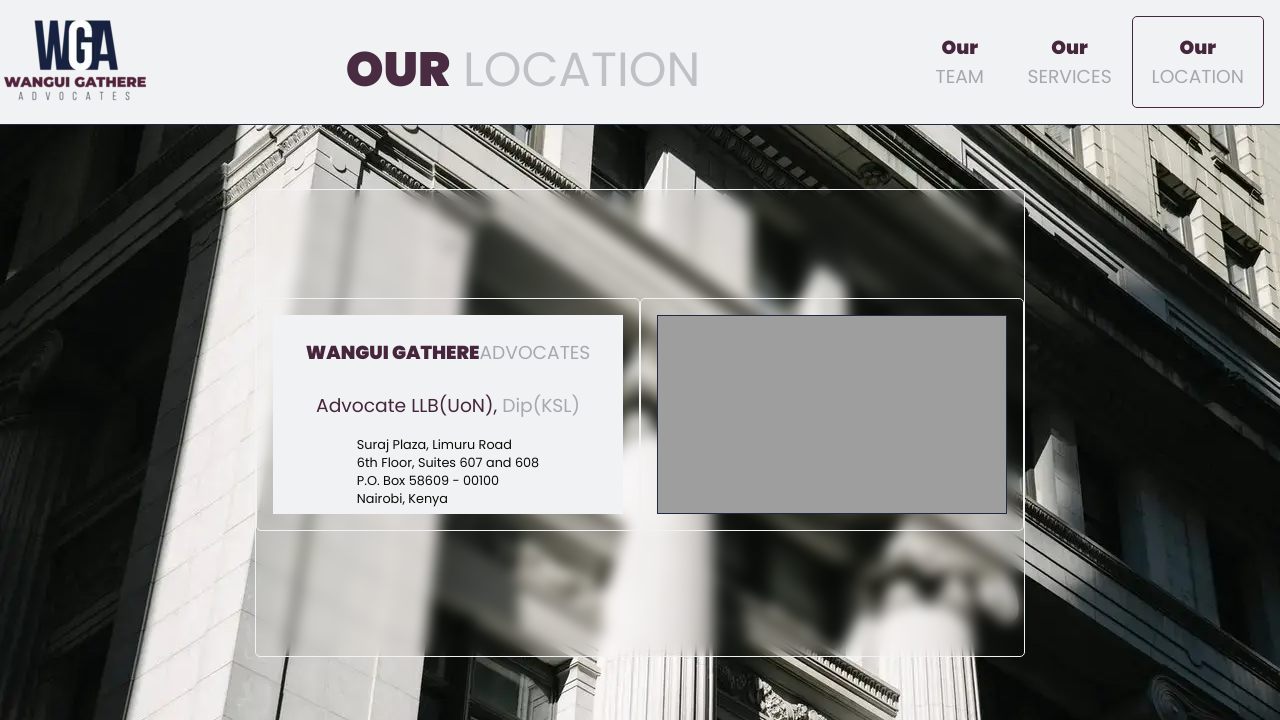
Repository: aronvaupel/wangui
Page: /location
An editor plug-in stored every save of this project. The page is shown before and after the next save, followed by the edit.
The browser window is 1280 px wide. The pictures show the whole page.
Pictures or frames that could not be fetched are drawn as grey boxes. Some web fonts or font styles are not loaded; a fallback is used. The project was rebuilt for these pictures with package versions that can differ from the ones it lists, and the page was loaded fresh each time. Also part of the build but not shown: src/components/menu/menu.tsx, src/components/svg/burger.tsx, src/components/Header/HeaderMobile.module.css, src/components/Header/HeaderMobile.tsx, src/components/svg/arrowUp.module.css, src/components/svg/arrowUp.tsx, src/components/Footer/Footer.module.css, src/components/Footer/Footer.tsx and 17 more.

Above is the page before, as saved 2021-11-01 08:09:00.

After the next save:
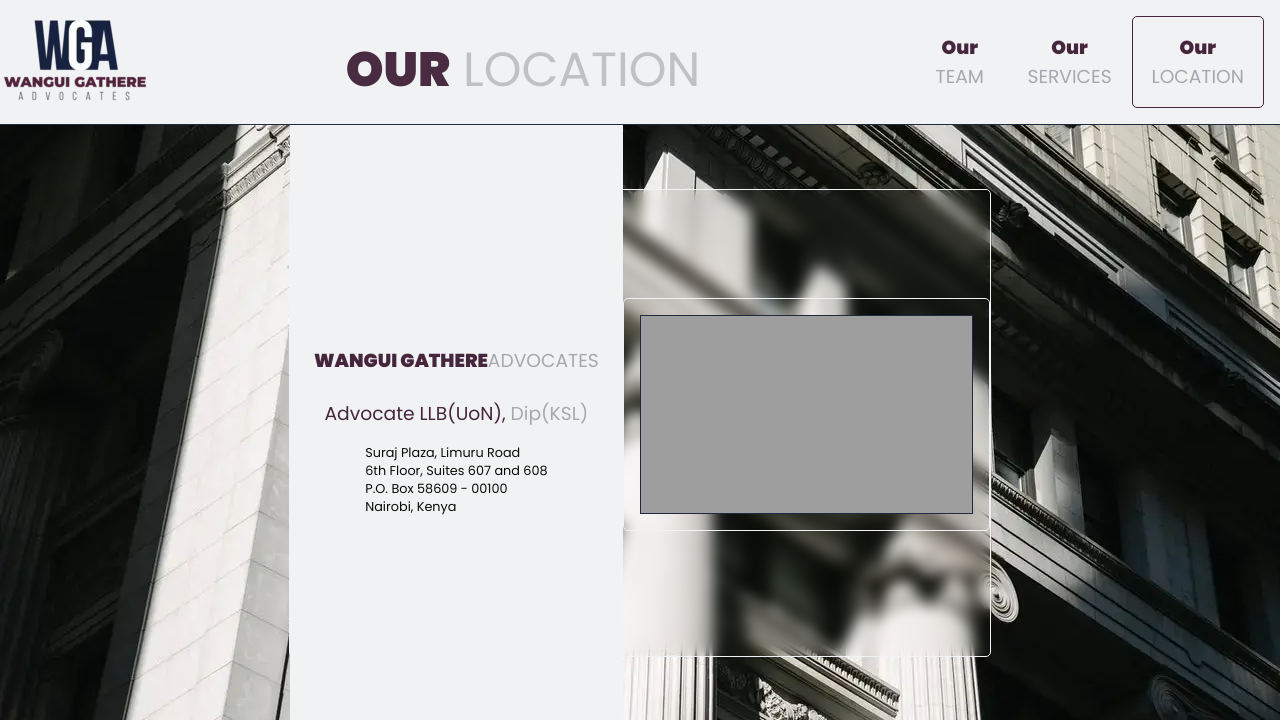
Saved 49 s later.
--- a/src/pages/Location/LocationDesktop.module.css
+++ b/src/pages/Location/LocationDesktop.module.css
@@ -40,14 +40,14 @@
 
 
 .section {
-  padding: 1rem;
-  margin: 1rem 0 2rem 0;
-  height: 50%;
-  width: 30vw;
-  border-radius: 5px;
+
+
+  height: 1000%;
+  width:50%;
+
  backdrop-filter: blur(5px);
   background-color: transparent;
-  border: 1px solid var(--clr-background);
+
   border-radius: 5px;
   animation-name: fadeIn;
   animation-duration: 4s;
